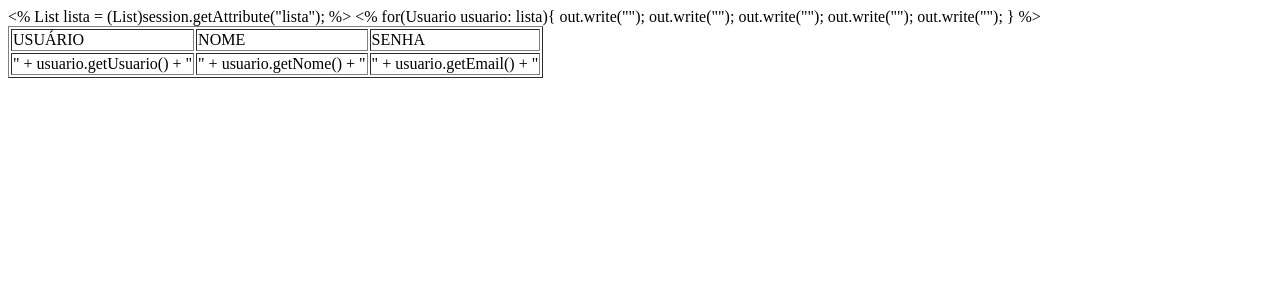
Repository: jpmaffei18/PROJETO_JAVA
Page: FinalWeb/src/main/webapp/WEB-INF/cadastrados.html
The author's editor kept a copy of each file at every save. The page is drawn from the files as they stood at one save, then again after the next save.
The browser window is 1280 px wide. The pictures show the whole page.

Above is the page before, as saved 2023-04-12 11:49:08.

### FinalWeb/src/main/webapp/WEB-INF/cadastrados.html
<!DOCTYPE html>
<html>
<head>
<meta charset="ISO-8859-1">
<title>Insert title here</title>
</head>
<body>
<table></table>
	<%
		List<Usuario> lista = (List<Usuario>)session.getAttribute("lista");
	%>

	<table border = 1>
		<tr>
			<td>USUÁRIO</td>
			<td>NOME</td>
			<td>SENHA</td>
		</tr>

		<%
			for(Usuario usuario: lista){
				out.write("<tr>");
					out.write("<td>" + usuario.getUsuario() + "</td>");
					out.write("<td>" + usuario.getNome() + "</td>");
					out.write("<td>" + usuario.getEmail() + "</td>");
				out.write("</tr>");
			}
		%>

	</table>


</body>
</html>

After the next save:
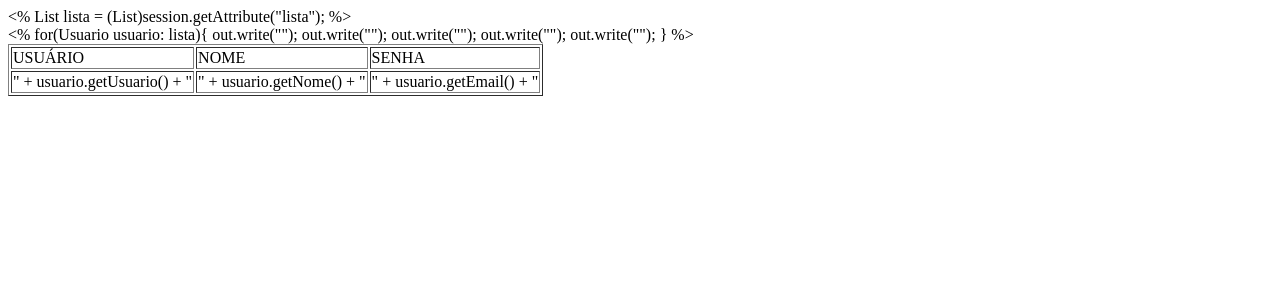
Saved 3 s later.
--- a/FinalWeb/src/main/webapp/WEB-INF/cadastrados.html
+++ b/FinalWeb/src/main/webapp/WEB-INF/cadastrados.html
@@ -5,7 +5,7 @@
 <title>Insert title here</title>
 </head>
 <body>
-<table></table>
+<table>
 	<%
 		List<Usuario> lista = (List<Usuario>)session.getAttribute("lista");
 	%>

After the 2 saves that followed:
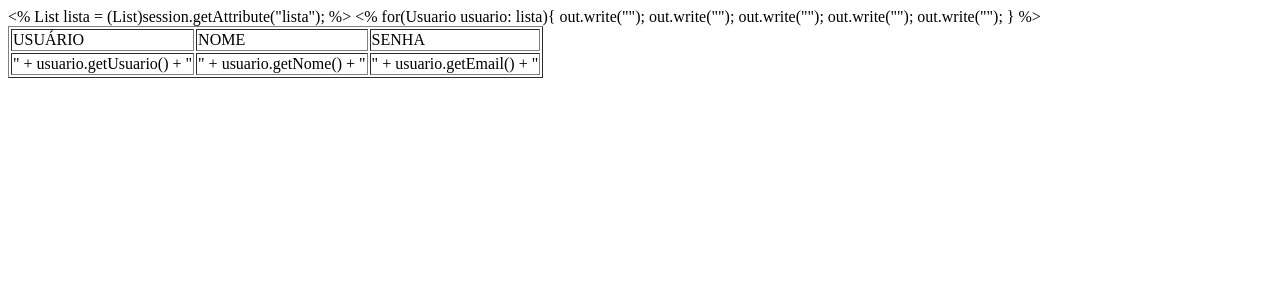
The 2 saves are shown as one change because 1 left the picture as it was.
The last was saved 53 s later.
--- a/FinalWeb/src/main/webapp/WEB-INF/cadastrados.html
+++ b/FinalWeb/src/main/webapp/WEB-INF/cadastrados.html
@@ -5,7 +5,9 @@
 <title>Insert title here</title>
 </head>
 <body>
-<table>
+
+<div class="conteudo">
+
 	<%
 		List<Usuario> lista = (List<Usuario>)session.getAttribute("lista");
 	%>
@@ -29,6 +31,7 @@
 
 	</table>
 
+</div>
 
 </body>
 </html>
